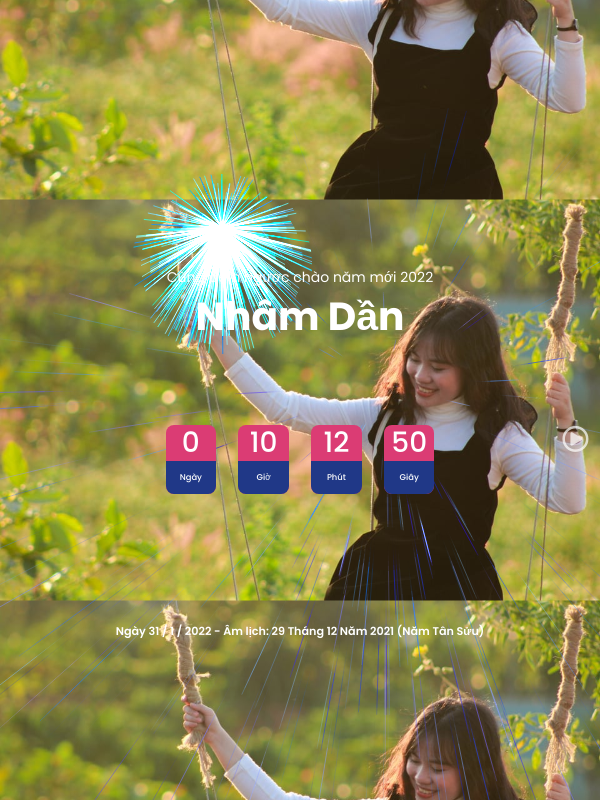
Repository: nguyenban1903/nguyenban1903.github.io
Page: huonggiangcountdown/index.html
The author's editor kept a copy of each file at every save. The page is drawn from the files as they stood at one save, then again after the next save.
The browser window is 600 px wide. The pictures show the whole page.
Some web libraries are served in a nearby version.

Above is the page before, as saved 2022-01-31 14:01:13.

After the next save:
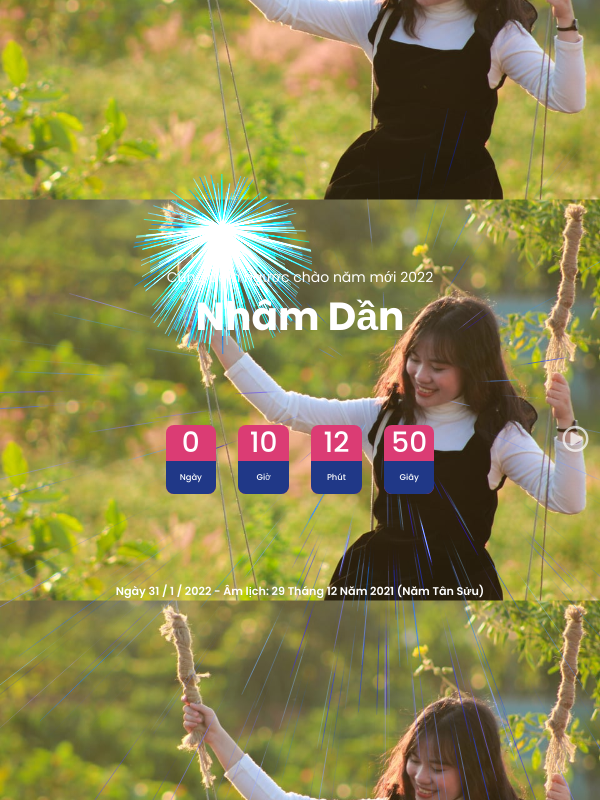
Saved 92 s later.
--- a/huonggiangcountdown/assets/css/style.css
+++ b/huonggiangcountdown/assets/css/style.css
@@ -222,7 +222,7 @@ body {
     /* position : absolute; */
     text-align: center;
     font-size: 1.7em;
-    bottom: 20%;
+    bottom: 25%;
   }
   .date-lunar {
     font-size: 2rem;
